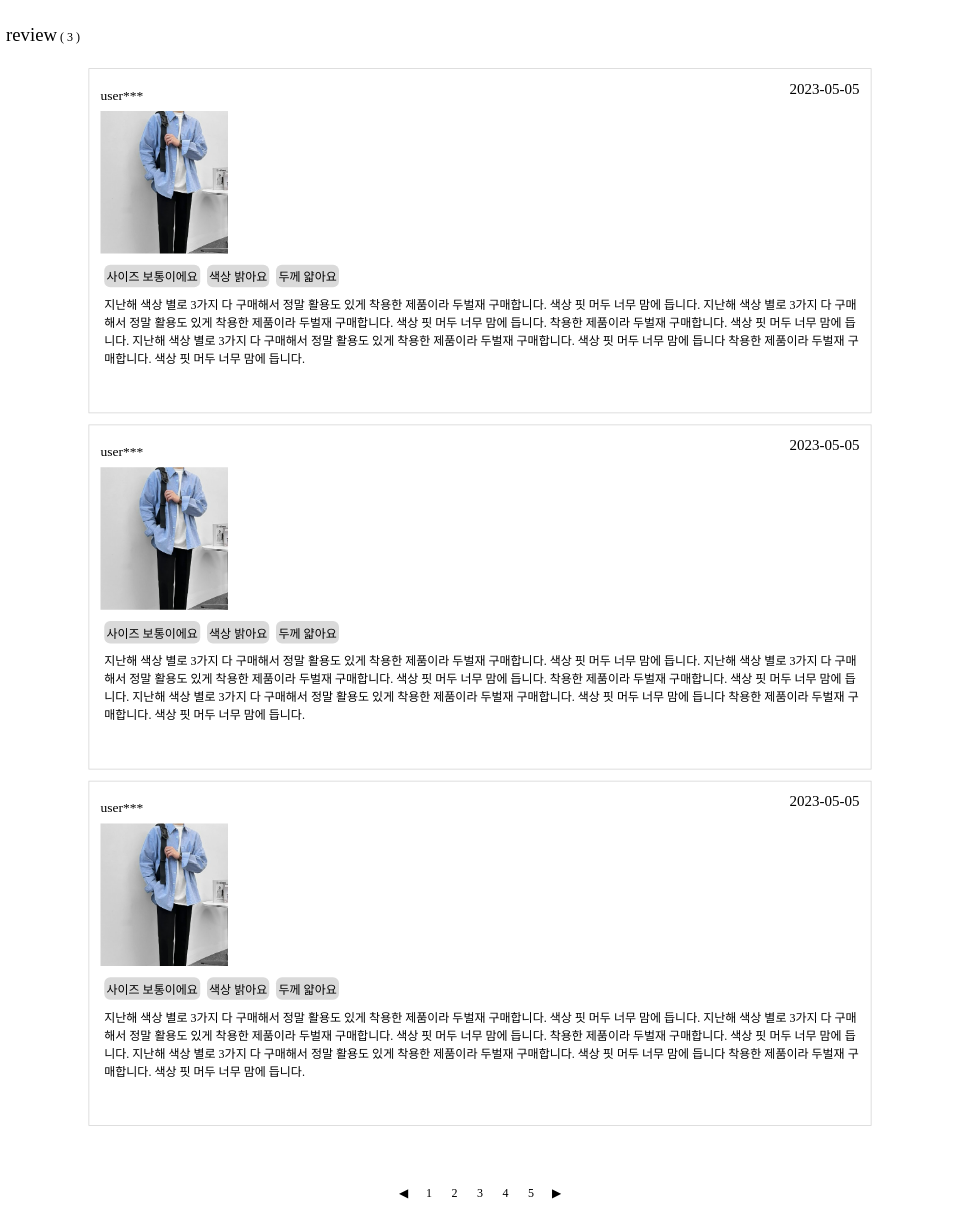
Repository: mcw9503/PassionForFashion
Page: Semi_Project/src/main/webapp/WEB-INF/reviewBoard.html
An editor plug-in stored every save of this project. The page is shown before and after the next save, followed by the edit.
The browser window is 1280 px wide. The pictures show the whole page, at 75% of full size.

Above is the page before, as saved 2023-05-08 13:52:40.

After the next save:
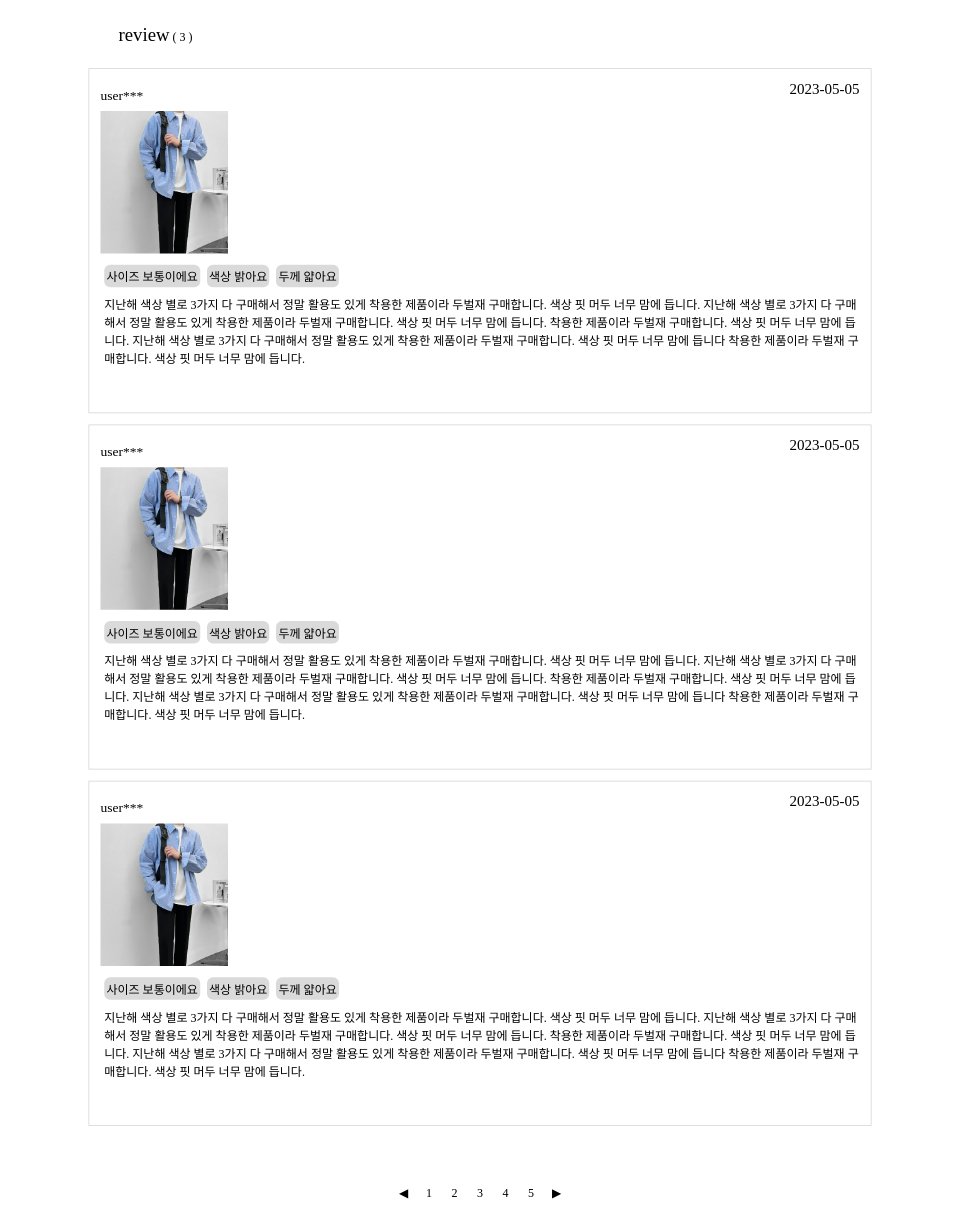
Saved 32 s later.
--- a/Semi_Project/src/main/webapp/WEB-INF/reviewBoard.html
+++ b/Semi_Project/src/main/webapp/WEB-INF/reviewBoard.html
@@ -37,7 +37,7 @@
 </style>
 
 
-		<h3 style="display: inline-block; font-size: 25px; font-weight: 200;">review</h3>
+		<h3 style="display: inline-block; font-size: 25px; font-weight: 200; margin-left: 150px;">review</h3>
 		( <span>3</span> )
 	<div class="reviewWrap"
 		style="margin-left: 110px; margin-right: 110px; margin-top: 5px; margin-bottom: 15px;">
